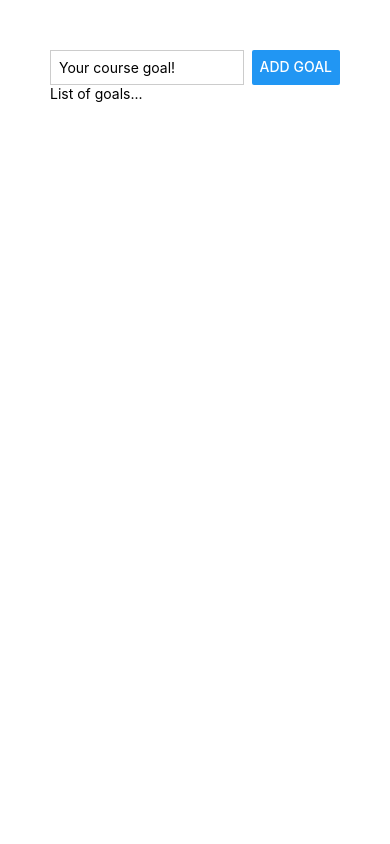
Repository: akinolapo/ToDoApp
Screen: /
These files come from the project's save history. The screen is drawn as it stood at one moment and after the next save; the edit follows.
The app was drawn by React Native's web renderer in a window 390 px wide. The project was rebuilt for these pictures with package versions that can differ from the ones it lists, and the page was loaded fresh each time.

Above is the screen before, as saved 2022-09-15 13:19:29.

After the next save:
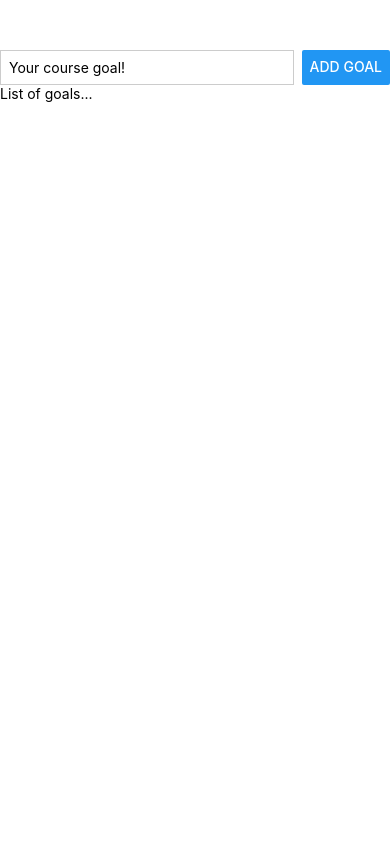
Saved 27 min 34 s later.
--- a/App.js
+++ b/App.js
@@ -16,7 +16,7 @@ export default function App() {
 
 const styles = StyleSheet.create({
   appContainer: {
-    padding: 50,
+    paddingTop: 50,
   },
   inputContainer: {
     flexDirection: 'row',
